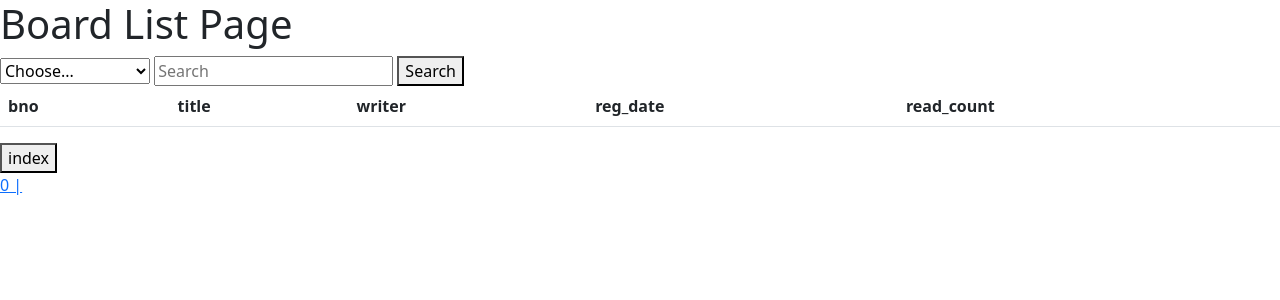
Repository: khr4162/-
Page: http://localhost/jsp_project/board/list.jsp
An editor plug-in stored every save of this project. The page is shown before and after the next save, followed by the edit.
The browser window is 1280 px wide. The pictures show the whole page.
The page is served by Tomcat 9. Other server files are loaded and not shown. The template is opened directly, without the code that normally fills it, so the values that code supplies are empty.

Above is the page before, as saved 2023-05-24 06:11:10.

### Desktop/김형래/jsp_project2 (2) (1)/jsp_project/src/main/webapp/board/list.jsp
<%@ page language="java" contentType="text/html; charset=UTF-8"
    pageEncoding="UTF-8"%>
<%@ taglib uri="http://java.sun.com/jsp/jstl/core"  prefix="c" %>
<!DOCTYPE html>
<html>
<head>
<meta charset="UTF-8">
<title>Board List Page</title>
<!-- CSS only -->
<link href="https://cdn.jsdelivr.net/npm/bootstrap@5.2.2/dist/css/bootstrap.min.css" rel="stylesheet" integrity="sha384-Zenh87qX5JnK2Jl0vWa8Ck2rdkQ2Bzep5IDxbcnCeuOxjzrPF/et3URy9Bv1WTRi" crossorigin="anonymous">
<!-- JavaScript Bundle with Popper -->
<script src="https://cdn.jsdelivr.net/npm/bootstrap@5.2.2/dist/js/bootstrap.bundle.min.js" integrity="sha384-OERcA2EqjJCMA+/3y+gxIOqMEjwtxJY7qPCqsdltbNJuaOe923+mo//f6V8Qbsw3" crossorigin="anonymous"></script>
</head>
<body>
<h1>Board List Page</h1>
<!-- 검색 라인 -->
<form action="/brd/page" method="post">
	<div class="col-sm-12 col-md-6">
		<c:set value="${pgh.pgvo.type }" var="typed"></c:set>
		<select name="type">
		<!-- selected : 현재 내가 선택한 값 -->
			<option ${typed == null ? 'selected':'' }>Choose...</option>
			<option value="t" ${typed eq 't' ? 'selected':'' }>title</option>
			<option value="c" ${typed eq 'c' ? 'selected':'' }>content</option>
			<option value="w" ${typed eq 'w' ? 'selected':'' }>writer</option>
			<option value="tc" ${typed eq 'tc' ? 'selected':'' }>title or content</option>
			<option value="tw" ${typed eq 'tw' ? 'selected':'' }>title or writer</option>
			<option value="cw" ${typed eq 'cw' ? 'selected':'' }>content or writer</option>
		</select>
		<input type="text" name="keyword" placeholder="Search">
		<input type="hidden" name="pageNo" value="${pgh.pgvo.pageNo }">
		<input type="hidden" name="qty" value="${pgh.pgvo.qty }">
		<button type="submit">Search</button>

	</div>
</form>


<table class="table table-hover">
<tr>
	<th>bno</th>
	<th>title</th>
	<th>writer</th>
	<th>reg_date</th>
	<th>read_count</th>
</tr>
<c:forEach items="${list }" var="bvo">
<tr>
	<td>${bvo.bno }</td>
	<td><a href="/brd/detail?bno=${bvo.bno }">${bvo.title }</a></td>
	<td>${bvo.writer }</td>
	<td>${bvo.reg_date }</td>
	<td>${bvo.read_count }</td>
</tr>
</c:forEach>
</table>
<a href="/"><button>index</button></a> <br>

<!-- 페이지네이션 위치 -->
<!-- 컨트롤러에서 page 정보를 싣고 와야함.  -->
<!-- startpage~endpage까지 숫자 반복 foreach -->
<!-- 이전페이지 -->
<c:if test="${pgh.prev }">
	<a href="/brd/page?pageNo=${pgh.startPage-1 }&qty=${pgh.pgvo.qty}&type=${pgh.pgvo.type}&keyword=${pgh.pgvo.keyword}"> ◁ </a>
</c:if>
<c:forEach begin="${pgh.startPage }" end="${pgh.endPage }" var="i">
	<a href="/brd/page?pageNo=${i }&qty=${pgh.pgvo.qty}&type=${pgh.pgvo.type}&keyword=${pgh.pgvo.keyword}">${i } | </a>
</c:forEach>
<!-- 다음페이지 -->
<c:if test="${pgh.next }">
	<a href="/brd/page?pageNo=${pgh.endPage+1 }&qty=${pgh.pgvo.qty}&type=${pgh.pgvo.type}&keyword=${pgh.pgvo.keyword}"> ▷ </a>
</c:if>
</body>
</html>

After the next save:
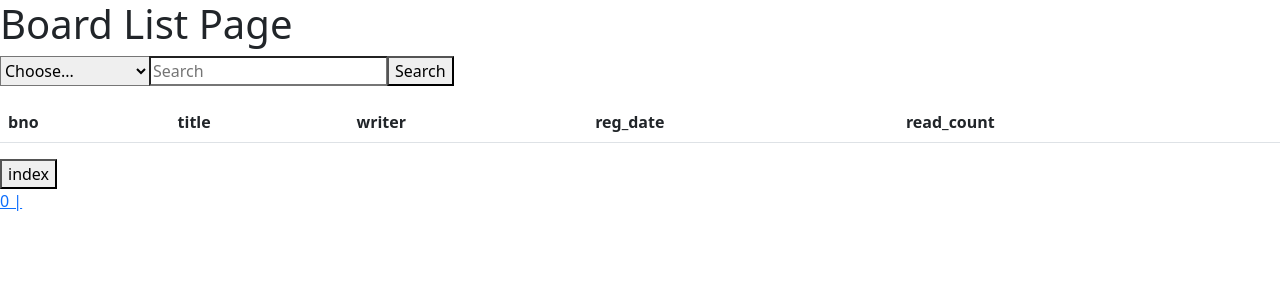
Saved 12 s later.
--- a/Desktop/김형래/jsp_project2 (2) (1)/jsp_project/src/main/webapp/board/list.jsp
+++ b/Desktop/김형래/jsp_project2 (2) (1)/jsp_project/src/main/webapp/board/list.jsp
@@ -15,7 +15,7 @@
 <h1>Board List Page</h1>
 <!-- 검색 라인 -->
 <form action="/brd/page" method="post">
-	<div class="col-sm-12 col-md-6">
+	<div  class="input-group mb-3">
 		<c:set value="${pgh.pgvo.type }" var="typed"></c:set>
 		<select name="type">
 		<!-- selected : 현재 내가 선택한 값 -->
